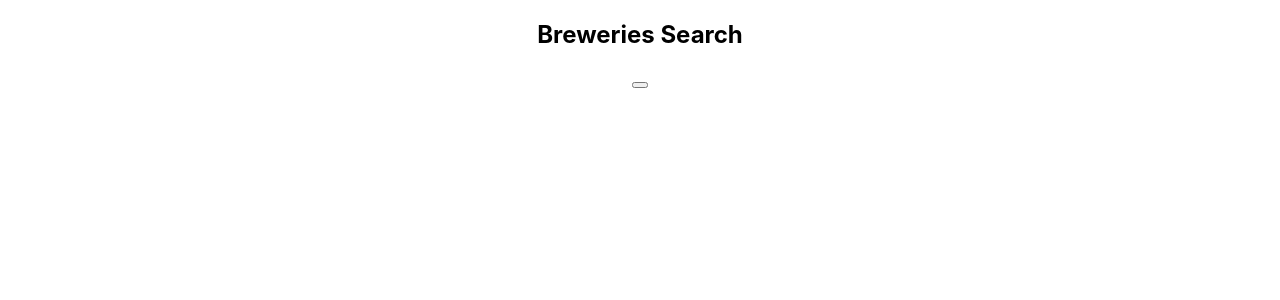
Repository: Babarindeolanrewaju2/react_breweries_app
Page: /
The author's editor kept a copy of each file at every save. The page is drawn from the files as they stood at one save, then again after the next save.
The browser window is 1280 px wide. The pictures show the whole page.
The project was rebuilt for these pictures with package versions that can differ from the ones it lists, and the page was loaded fresh each time.

Above is the page before, as saved 2020-03-30 09:36:26.

### src/App.js
import React, { Component } from 'react';
// import { FormGroup, FormControl, InputGroup } from 'react-bootstrap';
// // import Glyphicon from 'react-bootstrap'
import './App.css';

class App extends Component {
  constructor(props) {
    super(props);
    this.state = {
      query: '',
      items: []
    }
  }

  search() {
    const BASE_URL = `https://api.openbrewerydb.org/breweries`;
    fetch(`${BASE_URL}${this.state.query}`, {
      method: 'GET'
    })
      .then(response => response.json())
      .then(json => {
        console.log('book items', json);
        let { items } = json;
        this.setState({ items });
      })
  }

  render() {
    return (
      <div className="App">
        <h2 className="title">Breweries Search</h2>

        <button
          type="text"
          placeholder="Search for a Book"
          onClick={event => { this.search() }}
        />
      </div>
    )
  }
}

export default App;

Loaded but not shown: public/index.html (common file); src/index.js (common file); src/index.css (common file); src/serviceWorker.js (common file); src/App.css (common file)

After the next save:
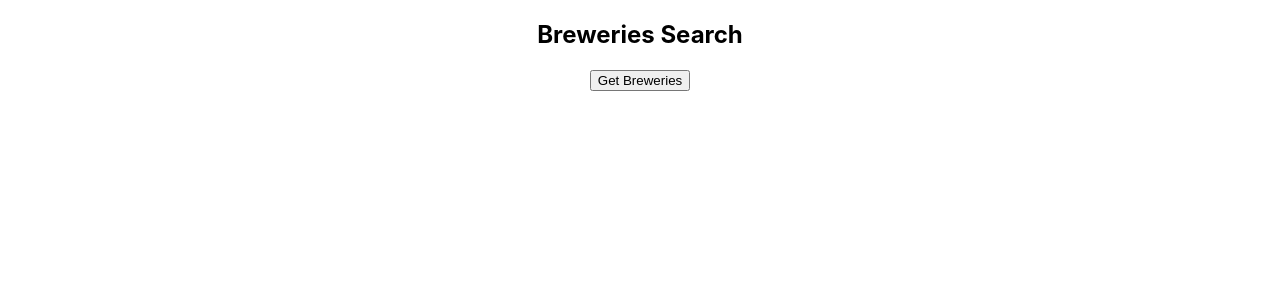
Saved 39 s later.
--- a/src/App.js
+++ b/src/App.js
@@ -32,9 +32,9 @@ class App extends Component {
 
         <button
           type="text"
-          placeholder="Search for a Book"
           onClick={event => { this.search() }}
-        />
+        >Get Breweries
+        </button>
       </div>
     )
   }
